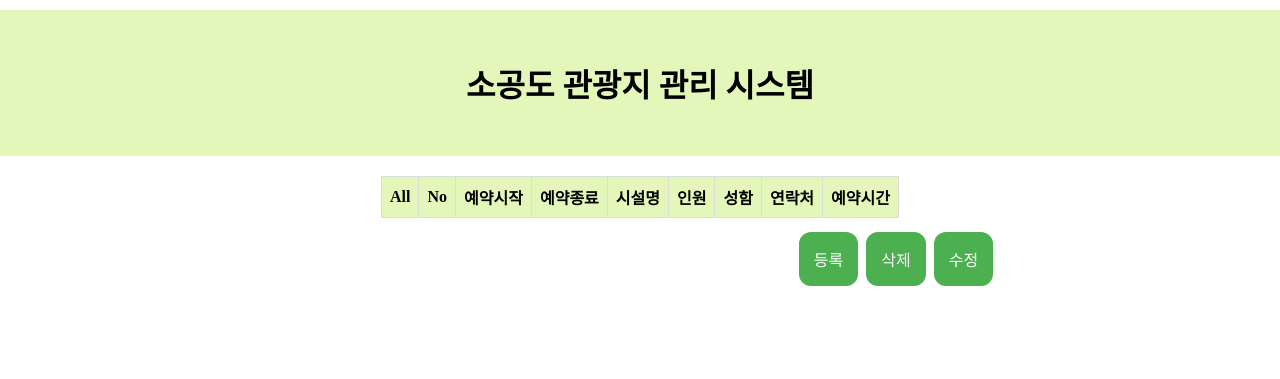
Repository: psyoongsc/SogongDo_Facility
Page: http://localhost/SogongDo_Management_System/Reservation_Mgmt/InquiryReserveView.jsp
An editor plug-in stored every save of this project. The page is shown before and after the next save, followed by the edit.
The browser window is 1280 px wide. The pictures show the whole page.
The page is served by Tomcat 9. Nobody is signed in. The application's start-up code is not run. Other server files are loaded and not shown.

Above is the page before, as saved 2020-06-25 20:06:08.

### SogongDo_Management_System/WebContent/Reservation_Mgmt/InquiryReserveView.jsp
<%@ page language="java" contentType="text/html; charset=UTF-8"
    pageEncoding="UTF-8"%>
<%@ page import="java.util.*" %>
<%@ page import="Reservation_Mgmt.persistance.*" %>
<%@ page isELIgnored="false"%>
<!DOCTYPE html PUBLIC "-//W3C//DTD HTML 4.01 Transitional//EN" "http://www.w3.org/TR/html4/loose.dtd">
<html>
<head>
	<title>예약 정보 관리</title>
    <style>
		body{
		    margin: 0;
		    padding: 0;
		    text-align: center;
		}

		th, td {
		    padding: 8px;
		    text-align: center;
		    border-bottom: 1px solid;
		    border: 1px solid;
		}

		thead th{
		    background-color: #E4F7BA;
		}

		table {
		    position: relative;
		    margin: 10px 5px;
		    border-collapse: collapse;
		    display: inline-block;
		    overflow:auto;
		}

		tbody tr:hover {background-color:#f5f5f5;}

        th, td {
            border: 1px solid #ddd;
            border-collapse: collapse;
        }

        .bt {
            position: relative;
		    border-radius: 12px;
		    background-color: #4CAF50;
		    border: none;
		    left: 20%;
		    color: white;
		    padding: 15px;
		    text-align: center;
		    text-decoration: none;
		    display: inline-block;
		    font-size: 16px;
		    margin: 4px 2px;
        }
    </style>
</head>
<body>
<%@ include file="../head_banner.jsp" %>
        <div class="content">

            <table>
                <thead>
                    <tr>
                       <th class="a">All</th>
						<th class="b">No</th>
						<th class="c">예약시작</th>
						<th class="d">예약종료</th>
						<th class="e">시설명</th>
						<th class="f">인원</th>
						<th class="g">성함</th>
						<th class="h">연락처</th>
						<th class="i">예약시간</th>
                    </tr>
                </thead>
                <tbody>
					<%
						ArrayList<ReservationDTO> list = (ArrayList<ReservationDTO>) request.getAttribute("reserve");
								if(list != null) {
									for (ReservationDTO dto : list) {
										pageContext.setAttribute("reserve", dto);
					%>
					 <tr>
                       	<td><input class="ch" type="checkbox"></td>
                       	<td class="id"><%= dto.getReservation_ID() %></td>
                       	<td><%= dto.getReservation_Start()%></td>
						<td><%= dto.getReservation_End()%></td>
						<td><%= dto.getFacilities_Name()%></td>
						<td><%= dto.getHeadCount()%></td>
						<td><%= dto.getReservation_Name() %></td>
						<td><%= dto.getReservation_Phone_Number() %></td>
						<td><%= dto.getReservation_Date() %></td>
                    </tr>
					<%}}%>
                </tbody>
            </table>


        </div>
        <div>
            <button class="bt register">등록</button>
           	<button class="bt delete">삭제</button>
			<button class="bt update">수정</button>
        </div>




	<script>
	window.addEventListener("load",function(){

		const registerbtn = document.querySelector(".register");
		const deletebtn = document.querySelector(".delete");
		const updatebtn = document.querySelector(".update");
		const chbox = document.querySelectorAll(".ch");
		const id = document.querySelectorAll(".id");

		registerbtn.addEventListener("click",()=>{
			//새로운 창 뜨도록 하기
			window.open("../Reservation_Mgmt/RegisterReserveView.jsp","예약 정보 등록","width=500, height=400, left=300, top=300");
		})

		deletebtn.addEventListener("click",()=>{
			//체크박스에 체크한 id가져오기
			var ids = new Array();
			for(var i=0; i<chbox.length; i++){
				if(chbox[i].checked==true){
					ids.push(id[i].innerText);
				}
			}
			if(ids.length==0){
				alert('삭제할 정보를 선택하세요');
			}else{

				//삭제컨트롤러에 전송
				var ox = confirm("예약 정보를 삭제하시겠습니까?");
				if(ox){
					var url = "/SogongDo_Management_System/Reservation/delete?";
					url += "cnt="+ids.length+"&";
					for(var i=0;i<ids.length;i++){
						url += "id"+i+"="+ids[i]+"&"
					}
					window.location.href = url;
				}
			}
		})

		updatebtn.addEventListener("click",()=>{
			// 새로운 창 뜨도록 하기
			var cnt = 0;
			var up;
			for(var i=0; i<chbox.length; i++){
				if(chbox[i].checked==true){
					cnt++;
					up = id[i].innerText;
				}
			}
			if(cnt==0){
				alert('수정할 정보를 선택하세요');
			}
			else if(cnt==1){
				//System.out.pritnln("update 넘길 ID : " + up);

				window.open("/SogongDo_Management_System/Reservation/update/view?id="+up,"예약 정보 수정","width=500, height=400, left=300, top=300");
			}else{
				alert('하나만 선택');
			}
		})

	})
	</script>
</body>
</html>

### SogongDo_Management_System/WebContent/head_banner.jsp
<%@ page language="java" contentType="text/html; charset=UTF-8"
    pageEncoding="UTF-8"%>
<!DOCTYPE html>
<html>
<head>
<meta charset="EUC-KR">
<title>Insert title here</title>
<style>
.bannerContainer {
	text-align: center;
}

.bannerTitle {
	font-size: xx-large;
	font-weight: bold;
	margin: 10px 0px;
	padding: 50px 0px;
	background-color: #E4F7BA;
}
</style>
</head>
<body>
	<div class="bannerContainer bannerTitle" onclick="location.href='/SogongDo_Management_System/index.jsp';">
		소공도 관광지 관리 시스템
	</div>
</body>
</html>

After the next save:
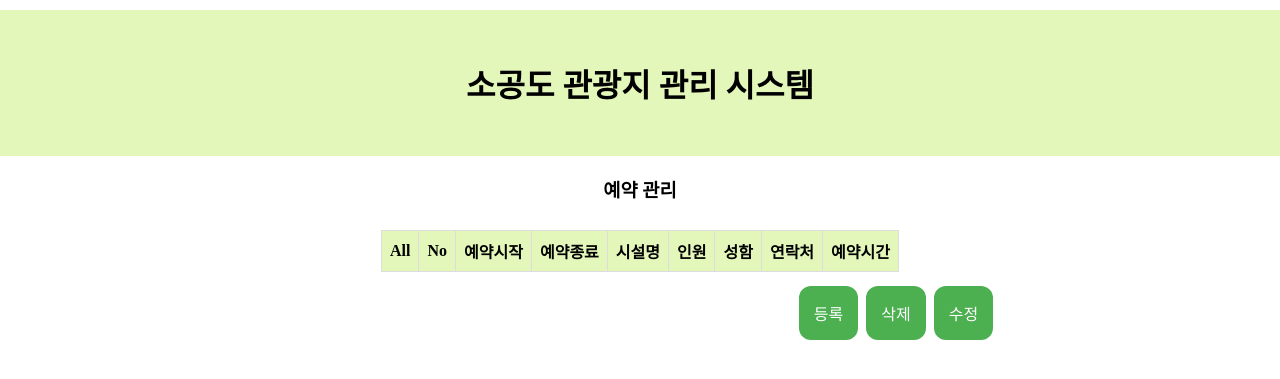
Saved 21 s later.
--- a/SogongDo_Management_System/WebContent/Reservation_Mgmt/InquiryReserveView.jsp
+++ b/SogongDo_Management_System/WebContent/Reservation_Mgmt/InquiryReserveView.jsp
@@ -58,6 +58,7 @@
 </head>
 <body>
 <%@ include file="../head_banner.jsp" %>
+<h3>예약 관리</h3>
         <div class="content">
 
             <table>
